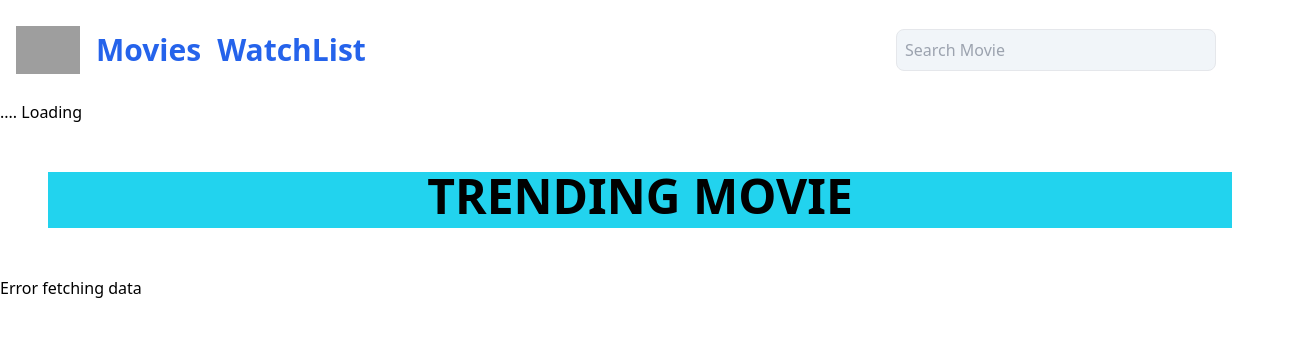
Repository: swapnil0663/MovieApp
Page: /
An editor plug-in stored every save of this project. The page is shown before and after the next save, followed by the edit.
The browser window is 1280 px wide. The page is 1296 px wide, so the pictures cover 1296 px, including what lies to the right of the window. The pictures show the whole page.
Pictures or frames that could not be fetched are drawn as grey boxes. The page's requests for data from a server got no answer. Some web fonts or font styles are not loaded; a fallback is used. The project was rebuilt for these pictures with package versions that can differ from the ones it lists, and the page was loaded fresh each time. No one was signed in, and anything a server would have sent is missing. Also part of the build but not shown: vite.config.js, src/Components/Paging.jsx, src/Components/MovieCard.jsx, src/Components/WatchList.jsx.

Above is the page before, as saved 2025-01-04 00:19:21.

After the next save:
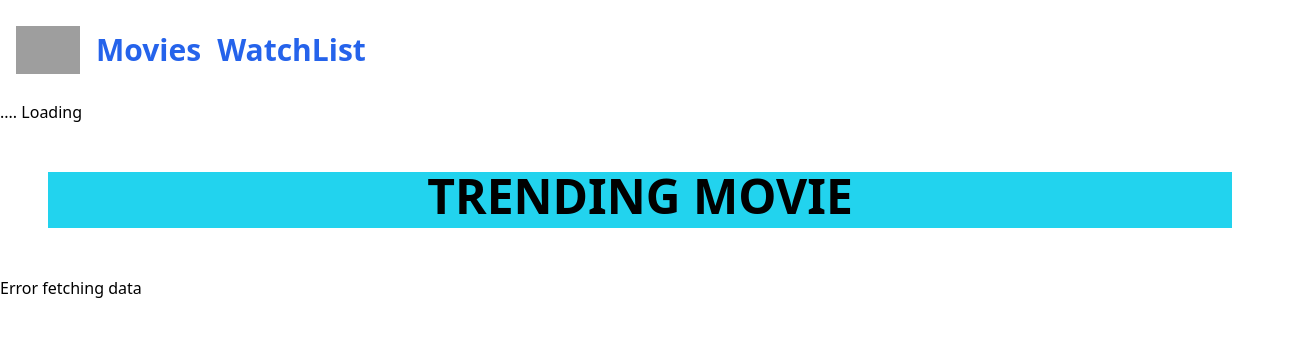
Saved 57 s later.
--- a/src/Components/Navbar.jsx
+++ b/src/Components/Navbar.jsx
@@ -23,7 +23,7 @@ export default function Navbar() {
           WatchList
         </Link>
       </div>
-      <input
+      {/* <input
       value={search}
         className=" w-[20rem] bg-slate-100 border p-2 mx-20 rounded-lg"
         type="text"
@@ -31,7 +31,7 @@ export default function Navbar() {
         onChange={(e) => {
             setSearch(e.target.value);
         }}
-      />
+      /> */}
     </div>
   );
 }
